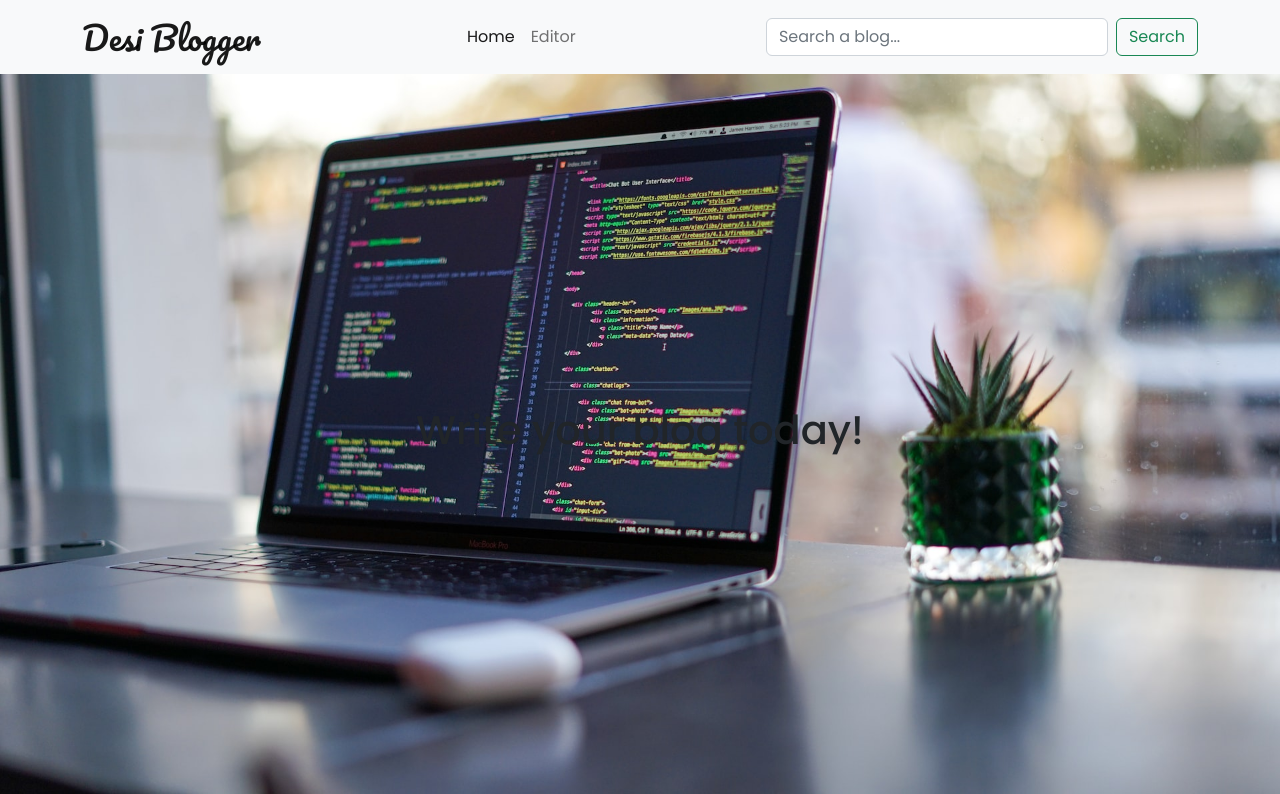
Repository: badhon252/Desi_Blogger
Page: public/home.html
An editor plug-in stored every save of this project. The page is shown before and after the next save, followed by the edit.
The browser window is 1280 px wide. The pictures show the whole page.

Above is the page before, as saved 2022-11-15 19:44:55.

### public/home.html
<!DOCTYPE html>
<html lang="en">

<head>
    <meta charset="UTF-8">
    <meta http-equiv="X-UA-Compatible" content="IE=edge">
    <meta name="viewport" content="width=device-width, initial-scale=1.0">

    <!-- favicon  -->
    <link rel="icon" sizes="180x180" href="./img/favicon_io/android-chrome-192x192.png">

    <!-- bs-5 link -->
    <link rel="stylesheet" href="https://cdn.jsdelivr.net/npm/bootstrap@5.2.2/dist/css/bootstrap.min.css">
    <!-- custom css  -->
    <link rel="stylesheet" href="css/home.css">
    <!-- fonts  -->
    <link rel="preconnect" href="https://fonts.googleapis.com">
    <link rel="preconnect" href="https://fonts.gstatic.com" crossorigin>
    <link href="https://fonts.googleapis.com/css2?family=Poppins:wght@400;500;600;700;800;900&display=swap"
        rel="stylesheet">
    <title>Desi-Blogger</title>
</head>

<body>
    <header id="header">
        <nav class="navbar navbar-expand-lg bg-light">
            <div class="container">
                <a class="navbar-brand" href="#">Desi Blogger</a>
                <button class="navbar-toggler" type="button" data-bs-toggle="collapse"
                    data-bs-target="#navbarSupportedContent" aria-controls="navbarSupportedContent"
                    aria-expanded="false" aria-label="Toggle navigation">
                    <span class="navbar-toggler-icon"></span>
                </button>
                <div class="collapse navbar-collapse" id="navbarSupportedContent">
                    <ul class="navbar-nav m-auto mb-2 mb-lg-0">
                        <li class="nav-item">
                            <a class="nav-link active" href="#">Home</a>
                        </li>
                        <li class="nav-item">
                            <a class="nav-link" href="#">Editor</a>
                        </li>

                    </ul>
                    <form class="d-flex" role="search">
                        <input class="form-control me-2" type="search" placeholder="Search a blog..."
                            aria-label="Search">
                        <button class="btn btn-outline-success" type="submit">Search</button>
                    </form>
                </div>
            </div>
        </nav>
        <section class="content">
            <h1>Write your blog today!</h1>
        </section>
    </header>

    <script src="https://cdn.jsdelivr.net/npm/bootstrap@5.2.2/dist/js/bootstrap.bundle.min.js"></script>
</body>

</html>

### public/css/home.css
@import url("https://fonts.googleapis.com/css2?family=Pacifico&display=swap");
* {
  margin: 0;
  padding: 0;
  box-sizing: border-box;
}

body {
  font-family: "Poppins", sans-serif;
  background-image: repeating-linear-gradient(
      45deg,
      rgb(255, 255, 255) 0px,
      rgb(255, 255, 255) 10px,
      transparent 10px,
      transparent 11px
    ),
    repeating-linear-gradient(
      135deg,
      rgb(255, 255, 255) 0px,
      rgb(255, 255, 255) 10px,
      transparent 10px,
      transparent 11px
    ),
    linear-gradient(90deg, rgba(213, 211, 217, 0.33), rgba(213, 211, 217, 0.33));
  position: relative;
}
::selection {
  background: #1b1b1b;
  color: #fff;
}

.navbar-brand {
  font-family: "Pacifico", cursive;
  font-size: 2rem;
}

.content {
  width: 100%;
  height: calc(100vh);
  background-image: url(../img/header-img.jpg);
  background-size: cover;
  display: flex;
  justify-content: center;
  align-items: center;
}

.header-content h1 {
  font-size: 4rem;
  color: #fff;
  text-align: center;
}

After the next save:
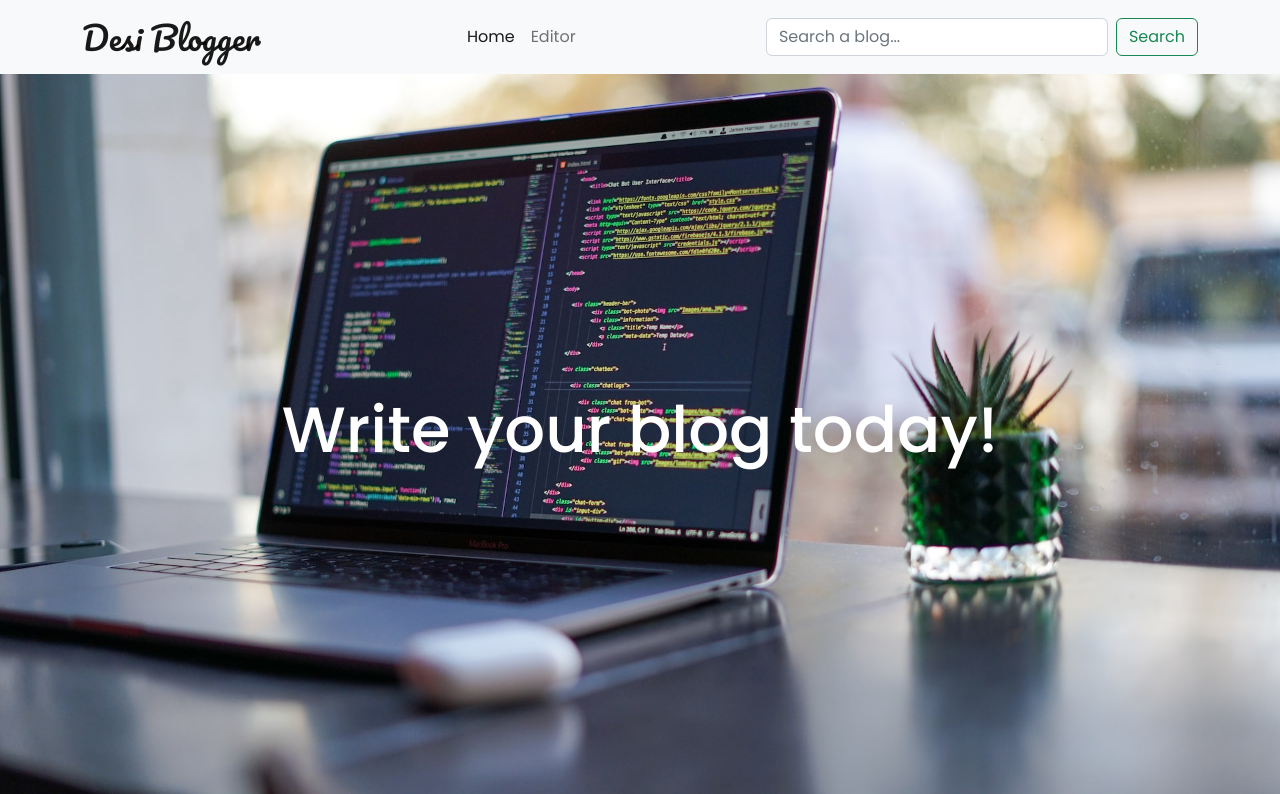
Saved 4 s later.
--- a/public/css/home.css
+++ b/public/css/home.css
@@ -44,7 +44,7 @@ body {
   align-items: center;
 }
 
-.header-content h1 {
+.content h1 {
   font-size: 4rem;
   color: #fff;
   text-align: center;
